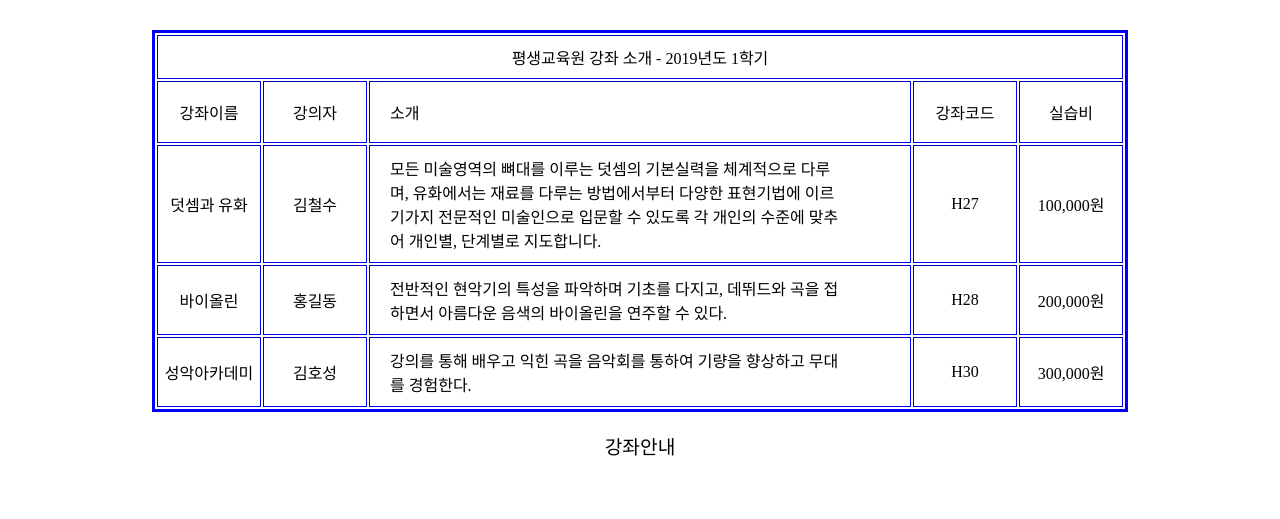
Repository: yul3220/WebProgrammingLecture
Page: webpro/WebContent/2021-01-06/강좌테이블.html
The author's editor kept a copy of each file at every save. The page is drawn from the files as they stood at one save, then again after the next save.
The browser window is 1280 px wide. The pictures show the whole page.

Above is the page before, as saved 2021-01-06 01:13:42.

After the next save:
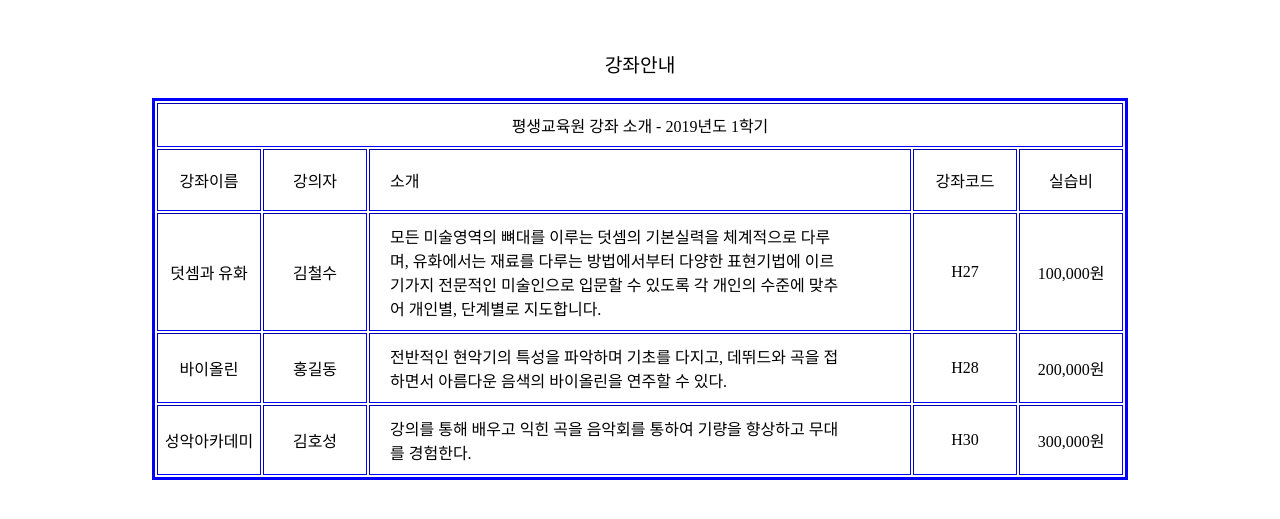
Saved 12 s later.
--- a/webpro/WebContent/2021-01-06/강좌테이블.html
+++ b/webpro/WebContent/2021-01-06/강좌테이블.html
@@ -22,7 +22,7 @@
 caption{
 	font-size : 1.2em;
 	margin : 20px auto;
-	caption-side : bottom; /*제목의 위치를 지정하는 것*/
+	caption-side : top; /*제목의 위치를 지정하는 것*/
 }
 </style>
 </head>

After the save that followed:
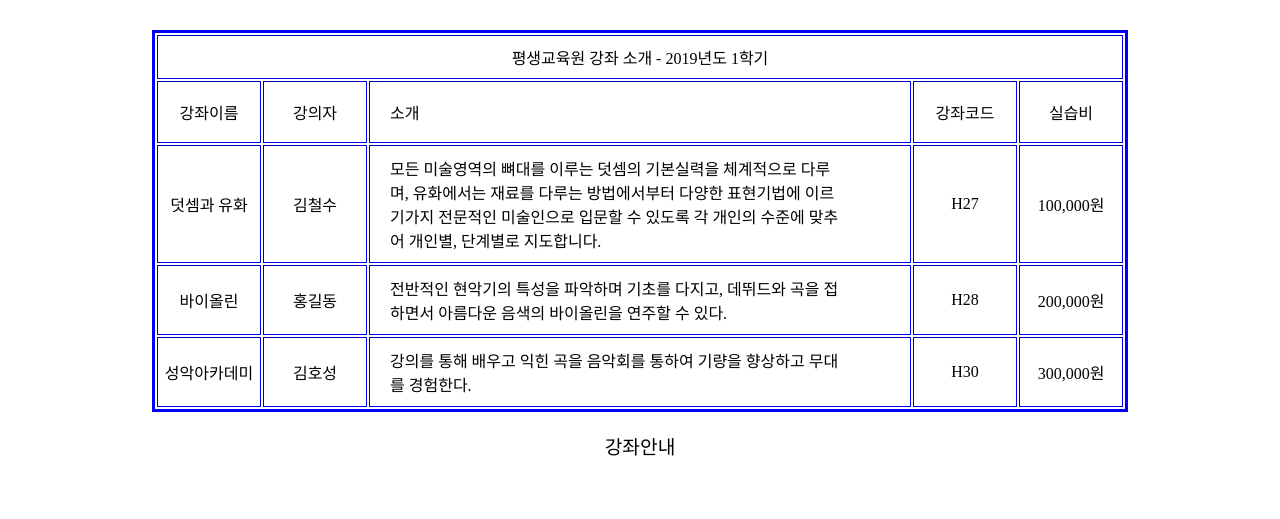
Saved 11 s later.
--- a/webpro/WebContent/2021-01-06/강좌테이블.html
+++ b/webpro/WebContent/2021-01-06/강좌테이블.html
@@ -22,7 +22,7 @@
 caption{
 	font-size : 1.2em;
 	margin : 20px auto;
-	caption-side : top; /*제목의 위치를 지정하는 것*/
+	caption-side : bottom; /*제목의 위치를 지정하는 것*/
 }
 </style>
 </head>
